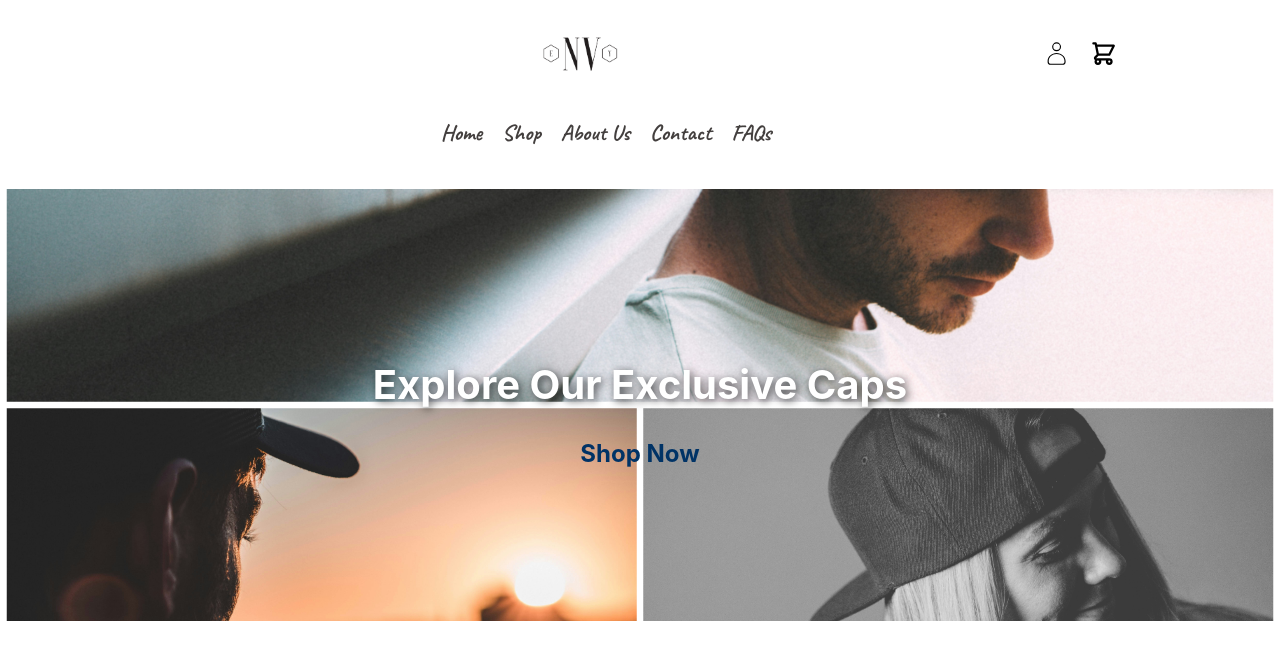
Repository: lasity34/new-envy
Page: / (app in my-new-envy/)
An editor plug-in stored every save of this project. The page is shown before and after the next save, followed by the edit.
The browser window is 1280 px wide. The pictures show the whole page.
The project was rebuilt for these pictures with package versions that can differ from the ones it lists, and the page was loaded fresh each time.

Above is the page before, as saved 2024-04-22 10:18:39.

After the next save:
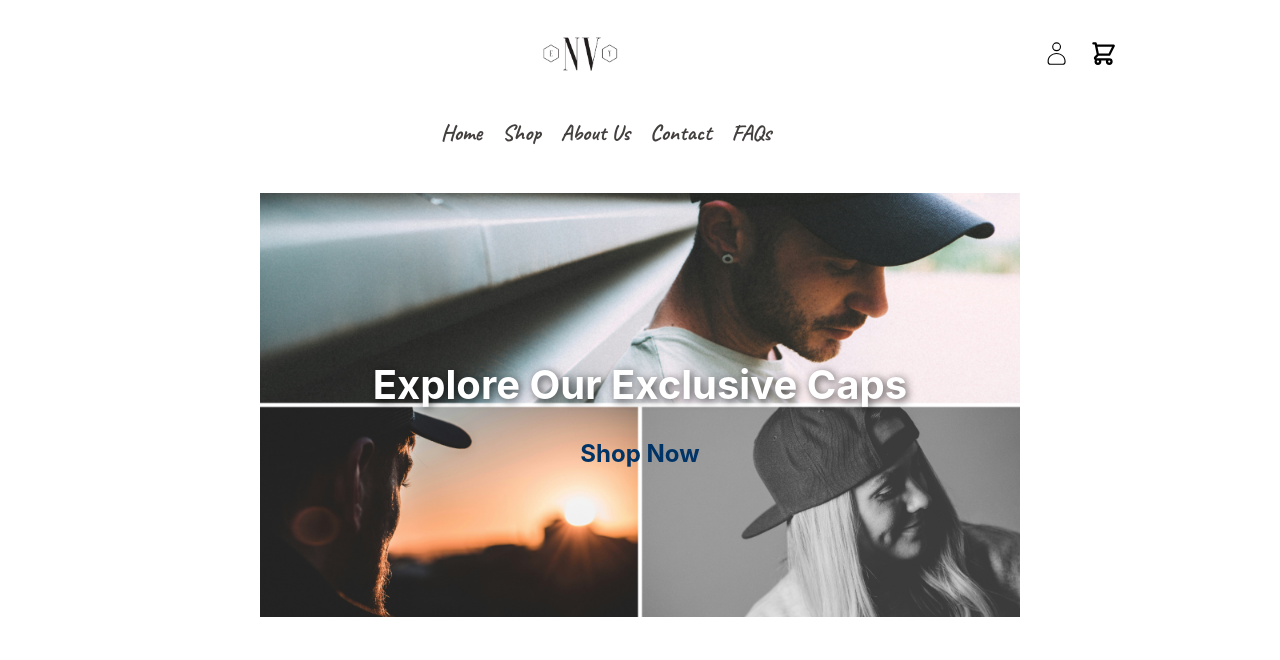
Saved 18 s later.
--- a/my-new-envy/src/components/HeroBanner.tsx
+++ b/my-new-envy/src/components/HeroBanner.tsx
@@ -6,7 +6,7 @@
   width: 100vw; // Ensures it takes the full viewport width
   height: 60vh; // You can adjust the height as needed
   background-image: url('images/hero-background.png');
-  background-size: cover; // Cover the entire area of the div
+  background-size: contain; // Cover the entire area of the div
   background-repeat: no-repeat;
   background-position: center center; // Centers the background image
   display: flex;

After the save that followed:
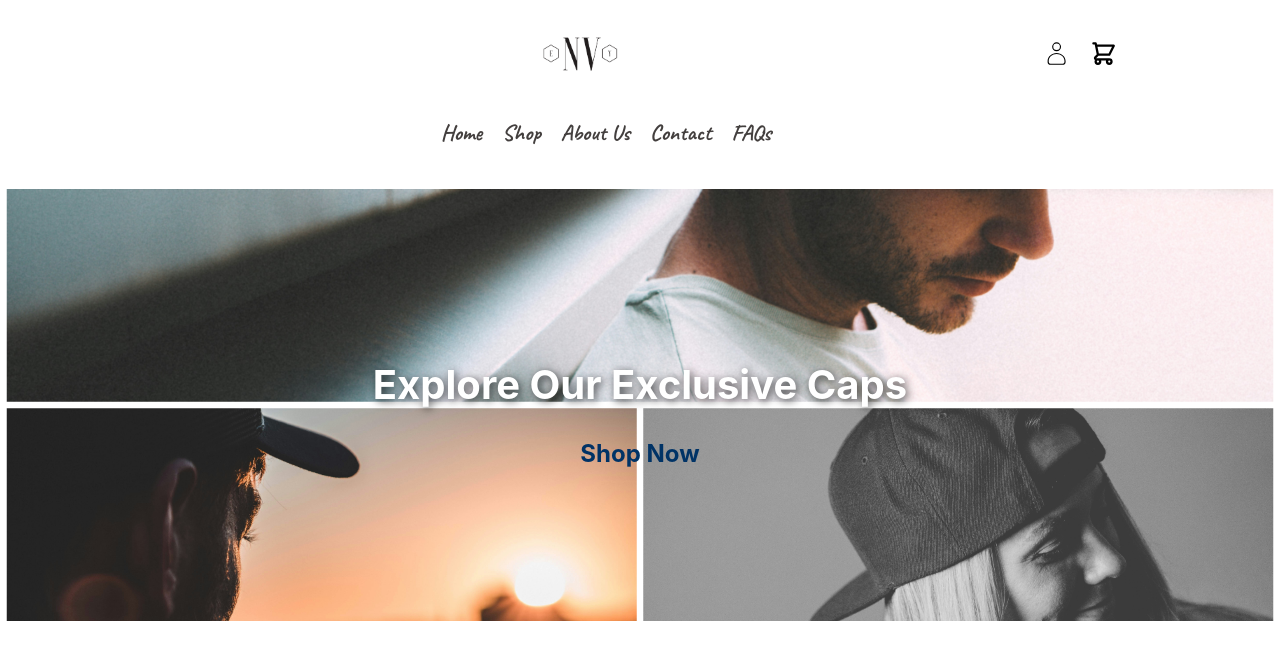
Saved 19 s later.
--- a/my-new-envy/src/components/HeroBanner.tsx
+++ b/my-new-envy/src/components/HeroBanner.tsx
@@ -6,7 +6,7 @@
   width: 100vw; // Ensures it takes the full viewport width
   height: 60vh; // You can adjust the height as needed
   background-image: url('images/hero-background.png');
-  background-size: contain; // Cover the entire area of the div
+  background-size: cover; // Cover the entire area of the div
   background-repeat: no-repeat;
   background-position: center center; // Centers the background image
   display: flex;
